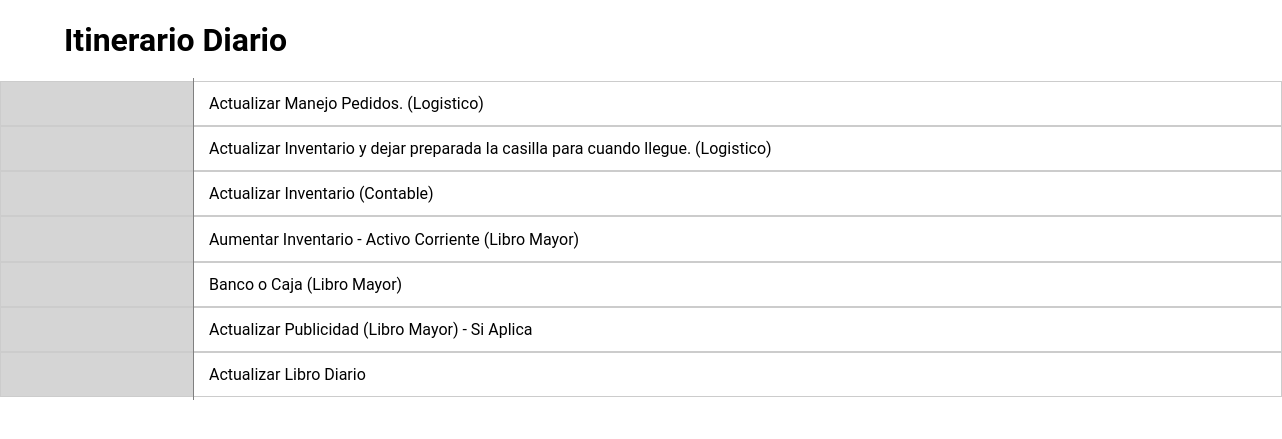
Repository: aCoupon0/intranet
Page: 1/iti-dia.html
An editor plug-in stored every save of this project. The page is shown before and after the next save, followed by the edit.
The browser window is 1280 px wide. The page is 1282 px wide, so the pictures cover 1282 px, including what lies to the right of the window. The pictures show the whole page.

Above is the page before, as saved 2024-12-11 11:28:25.

After the next save:
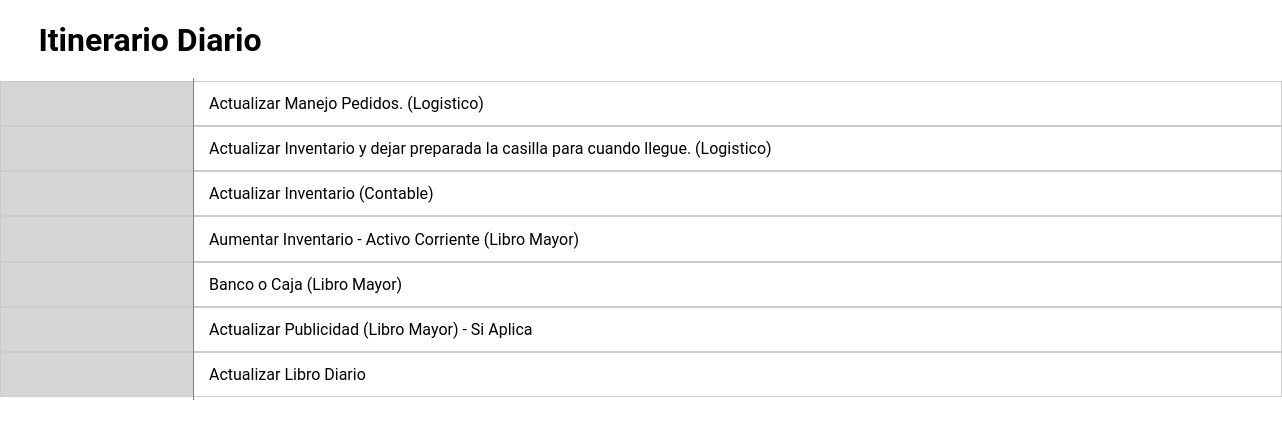
Saved 5 s later.
--- a/css/gasto.css
+++ b/css/gasto.css
@@ -5,7 +5,7 @@ body {
 
 h1 {
     font-size: 2rem;
-    margin-left: 5%;
+    margin-left: 3%;
 }
 
 .container {
